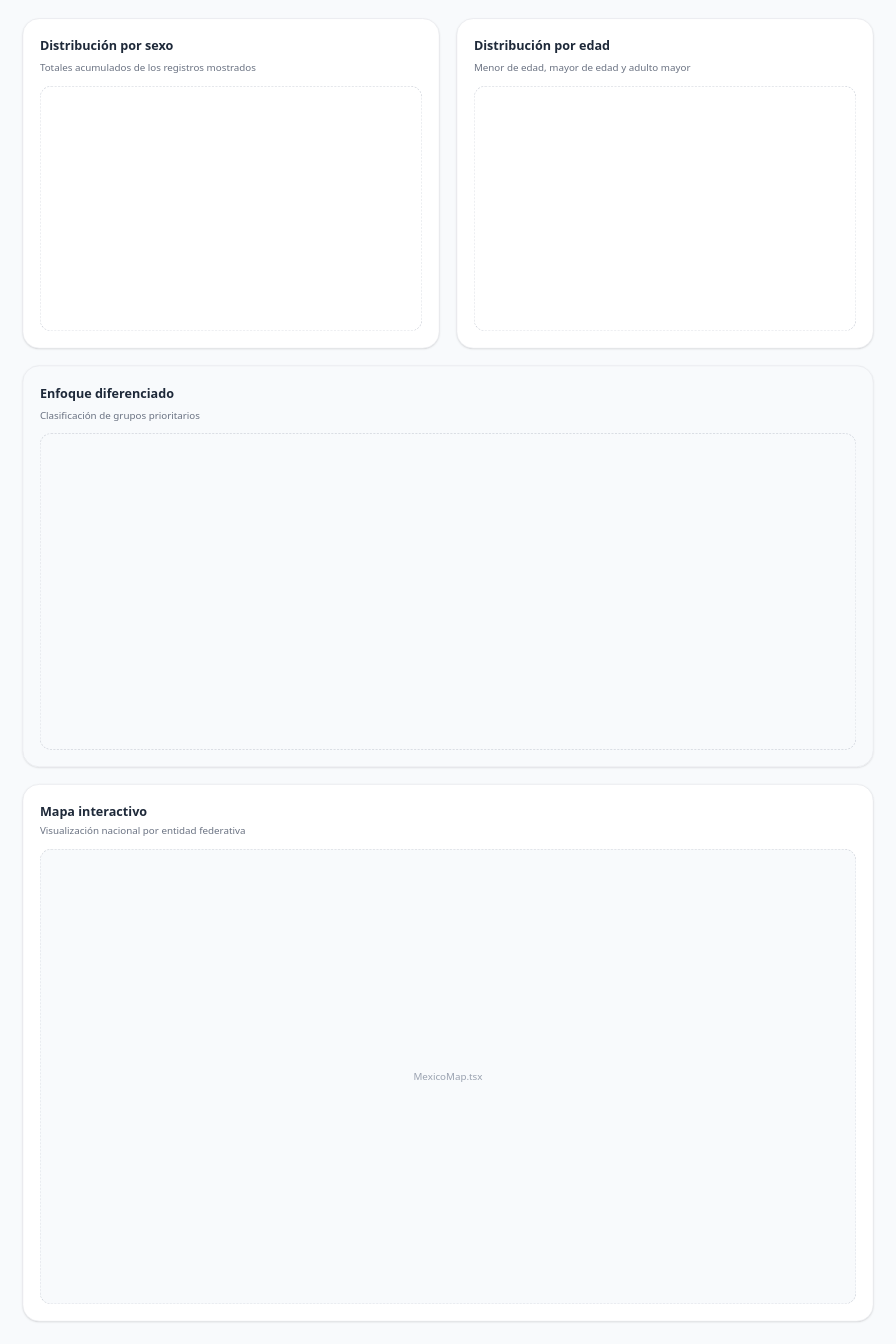
Repository: jesus890/semaforo-cinepolis
Page: /estadisticas
These files come from the project's save history. The page is drawn as it stood at one moment and after the next save; the edit follows.
The browser window is 1280 px wide. The pictures show the part of the page from y = 1030 to 2950 px (the page is 2950 px tall before and 2948 px after), at 70% of full size.
An inner scrolling area shows only its first screen. The project was rebuilt for these pictures with package versions that can differ from the ones it lists, and the page was loaded fresh each time. Also part of the build but not shown: vite.config.ts, src/components/Dashboard/navigation/BackButton.tsx.

Above is the page before, as saved 2026-06-01 20:15:38.

After the next save:
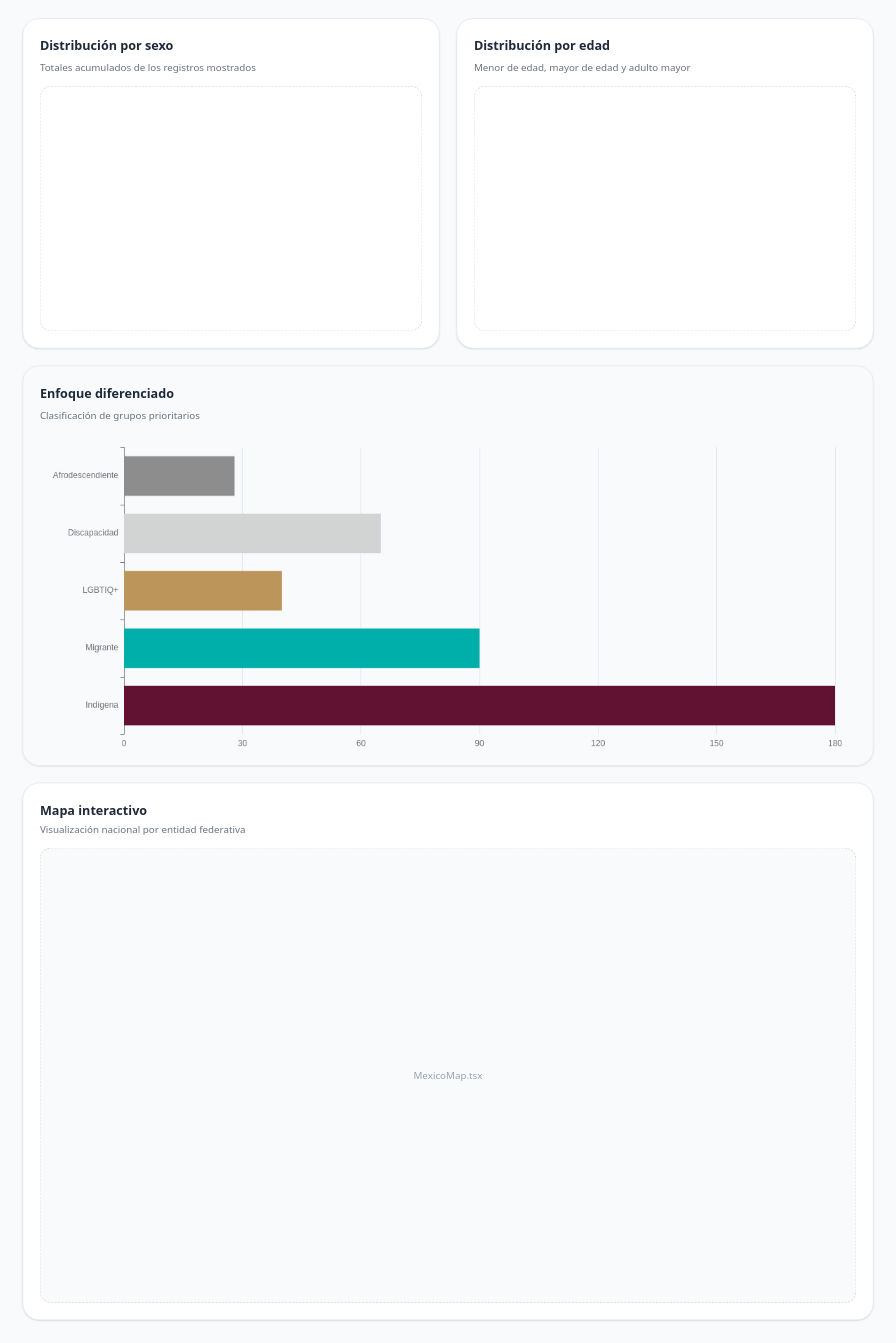
Saved 63 s later.
--- a/src/components/Dashboard/Dashboard.tsx
+++ b/src/components/Dashboard/Dashboard.tsx
@@ -205,7 +205,7 @@ export default function Dashboard() {
 
                     </p>
 
-                    <div className="flex items-center justify-center rounded-2xl border border-dashed border-gray-300">
+                    <div className="">
 
                         <EnfoqueChart />
 
